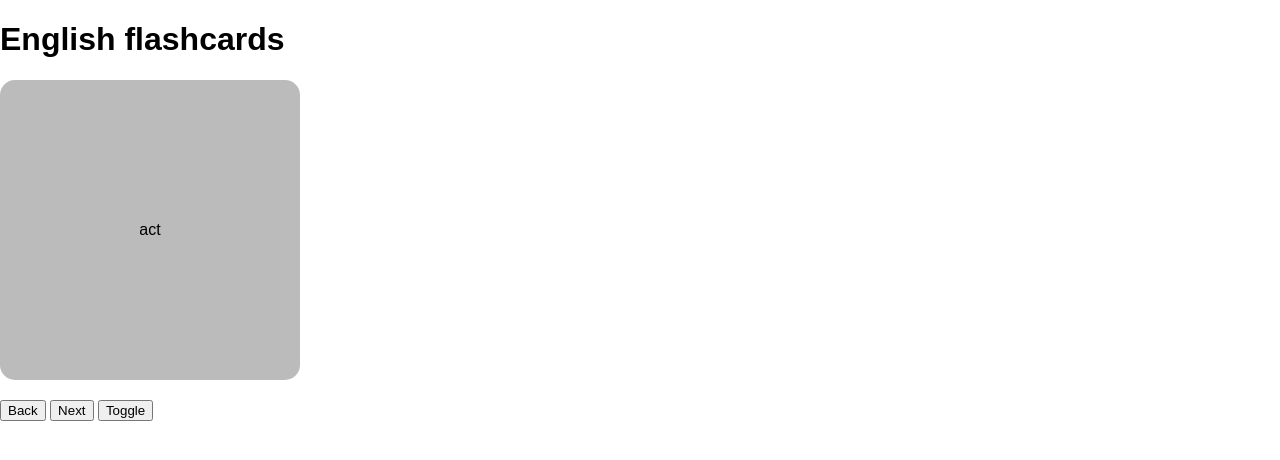
Repository: AdrianGizycki/English-Flashcards
Page: index.html
An editor plug-in stored every save of this project. The page is shown before and after a run of saves, followed by the edit.
The browser window is 1280 px wide. The pictures show the whole page.

Above is the page before, as saved 2019-09-15 15:22:42.

After the next 8 saves:
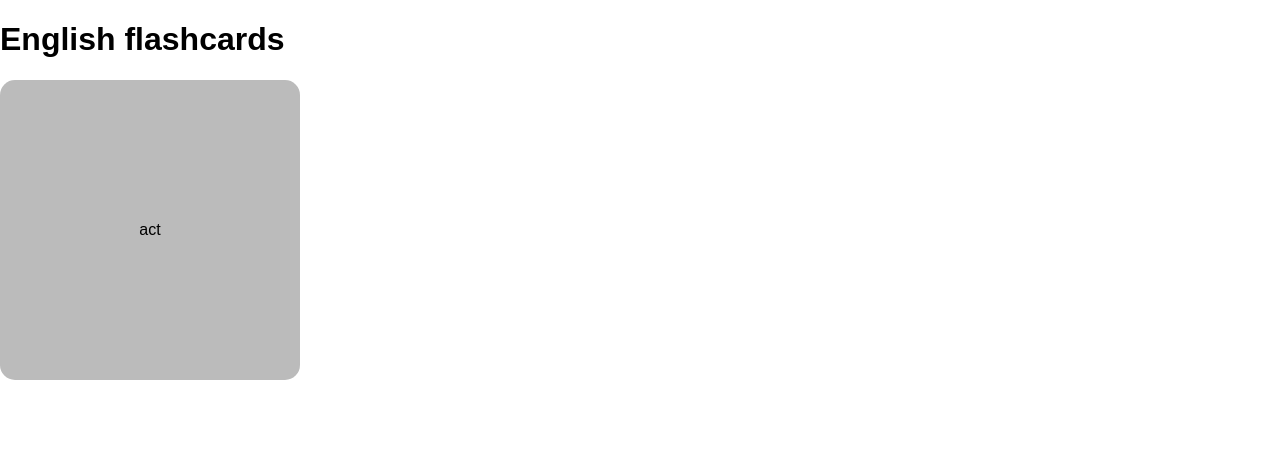
The 8 saves are shown as one change because they came seconds apart.
The last was saved 19 s later.
--- a/index.html
+++ b/index.html
@@ -10,21 +10,22 @@
 <body>
     <div class="mainDiv">
         <div>
-        <h1> English flashcards</h1>
-        <div class="flip-card">
-            <div class="flip-card-inner" id="rot">
-                <div class="flip-card-front">
-                    <div class="divContents1"></div>
-                </div>
-                <div class="flip-card-back">
-                    <div class="divContents2"></div>
-                </div>
+            <h1> English flashcards</h1>
+            <div class="flip-card">
+                <div class="flip-card-inner" id="rot">
+                    <div class="flip-card-front">
+                        <div class="divContents1"></div>
+                    </div>
+                    <div class="flip-card-back">
+                        <div class="divContents2"></div>
+                <   /div>
                 </div>
             <button class="btn1">Back</button>
             <button class="btn2">Next</button>
             <button class="btn3">Toggle</button>
         </div>
     </div>
+    </div>
 
     <script src="app.js" type="text/javascript"></script>
 </body>

After the save that followed:
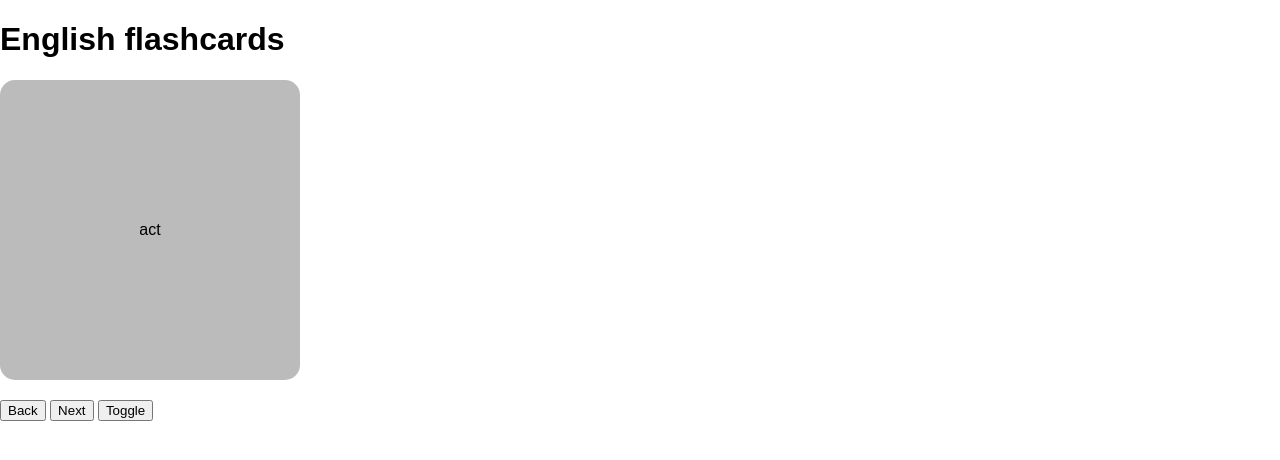
Saved 4 s later.
--- a/index.html
+++ b/index.html
@@ -18,7 +18,7 @@
                     </div>
                     <div class="flip-card-back">
                         <div class="divContents2"></div>
-                <   /div>
+                    </div>
                 </div>
             <button class="btn1">Back</button>
             <button class="btn2">Next</button>
